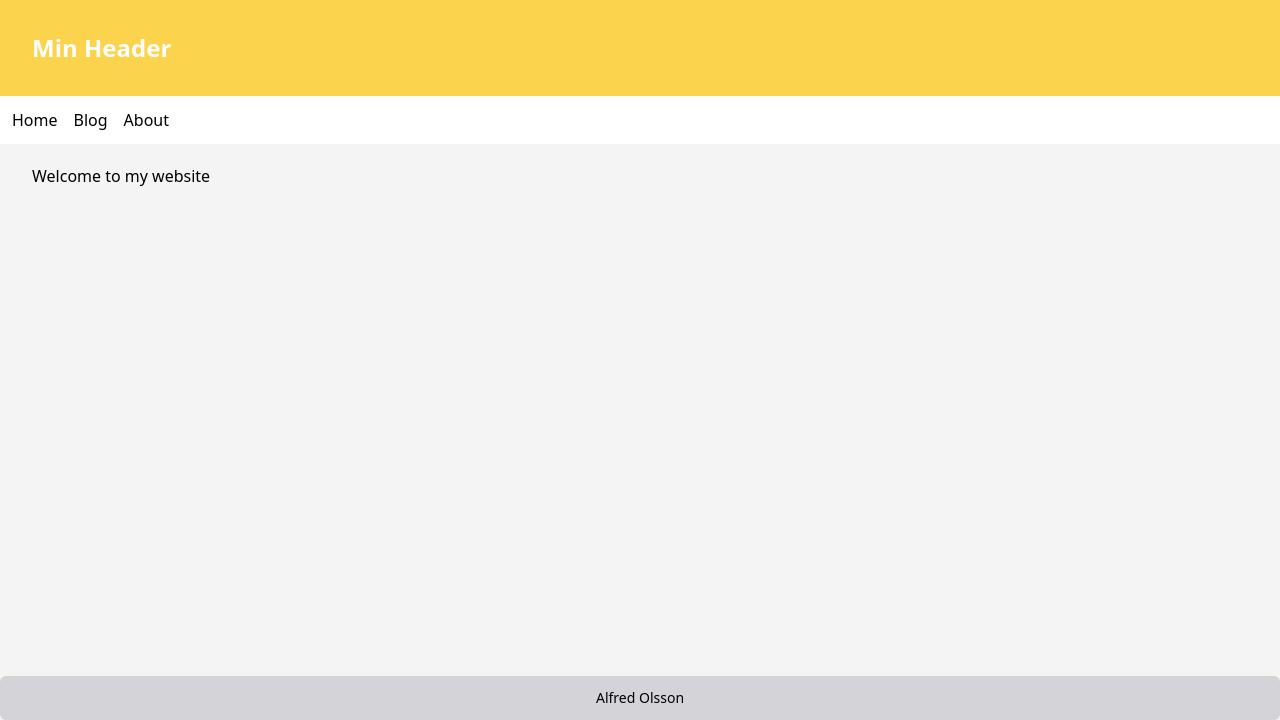
Repository: AlligatorAffe/NextWebsite
Page: /
The author's editor kept a copy of each file at every save. The page is drawn from the files as they stood at one save, then again after the next save.
The browser window is 1280 px wide. The pictures show the whole page.
The project was rebuilt for these pictures with package versions that can differ from the ones it lists, and the page was loaded fresh each time. The framework's server and built-in components were replaced by stand-ins that run in the browser. Also part of the build but not shown: next.config.js.

Above is the page before, as saved 2024-01-04 21:58:52.

After the next save:
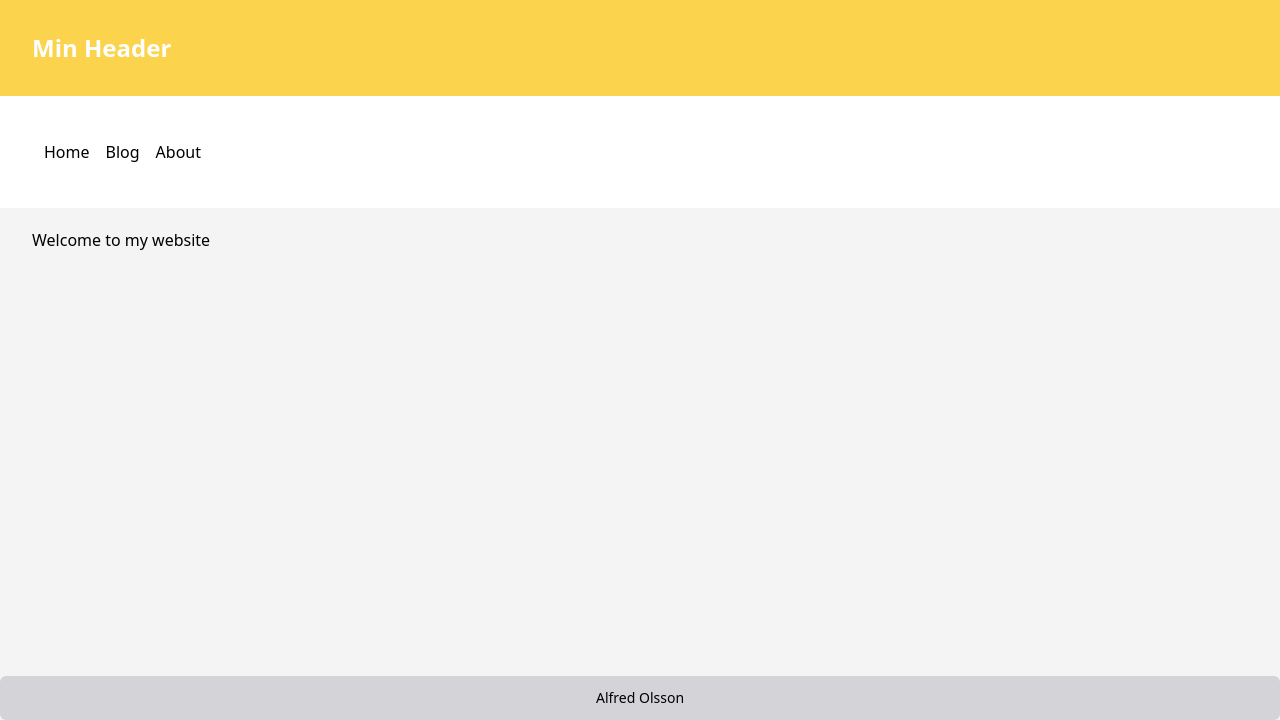
Saved 12 s later.
--- a/app/layout.tsx
+++ b/app/layout.tsx
@@ -61,7 +61,7 @@
           </header>
 
           <nav className="bg-white p-3">
-            <ul className="flex space-x-4">
+            <ul className="flex space-x-4 p-8">
               {navLinks.map((link, index) => (
                 <li key={index}>
                   <Link href={link.href}>

After the save that followed:
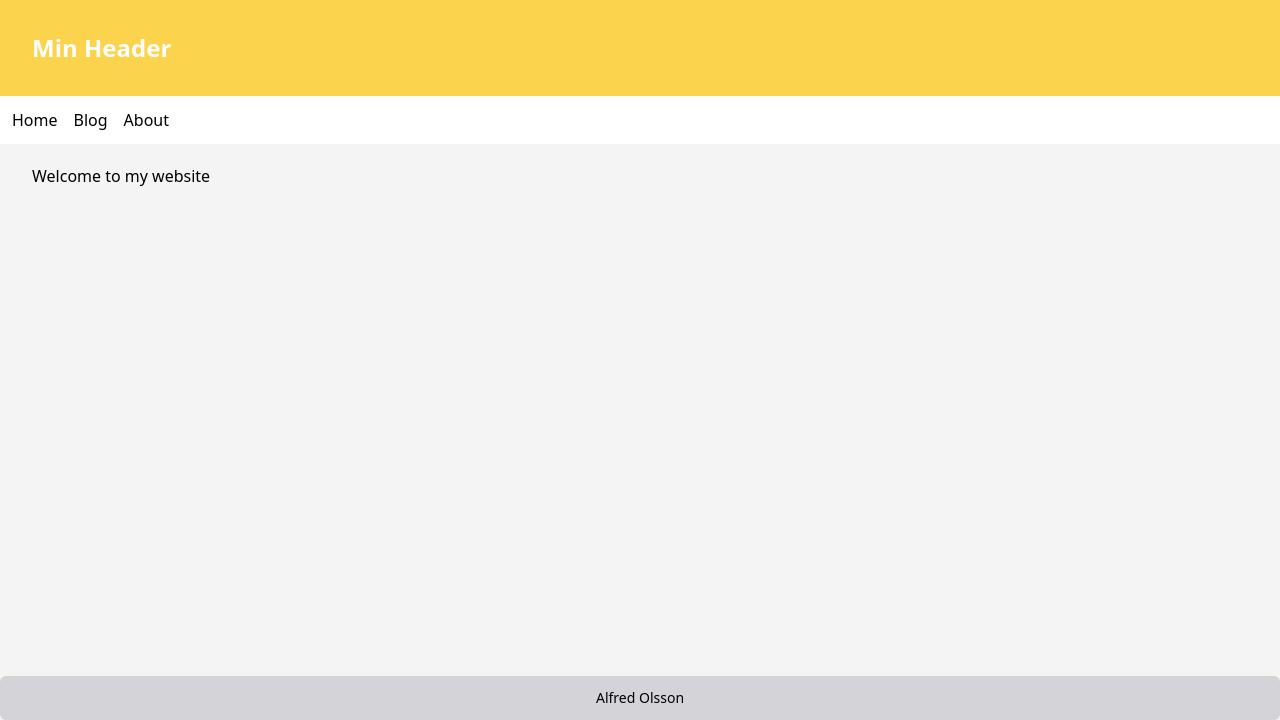
Saved 8 s later.
--- a/app/layout.tsx
+++ b/app/layout.tsx
@@ -61,7 +61,7 @@
           </header>
 
           <nav className="bg-white p-3">
-            <ul className="flex space-x-4 p-8">
+            <ul className="flex space-x-4">
               {navLinks.map((link, index) => (
                 <li key={index}>
                   <Link href={link.href}>
